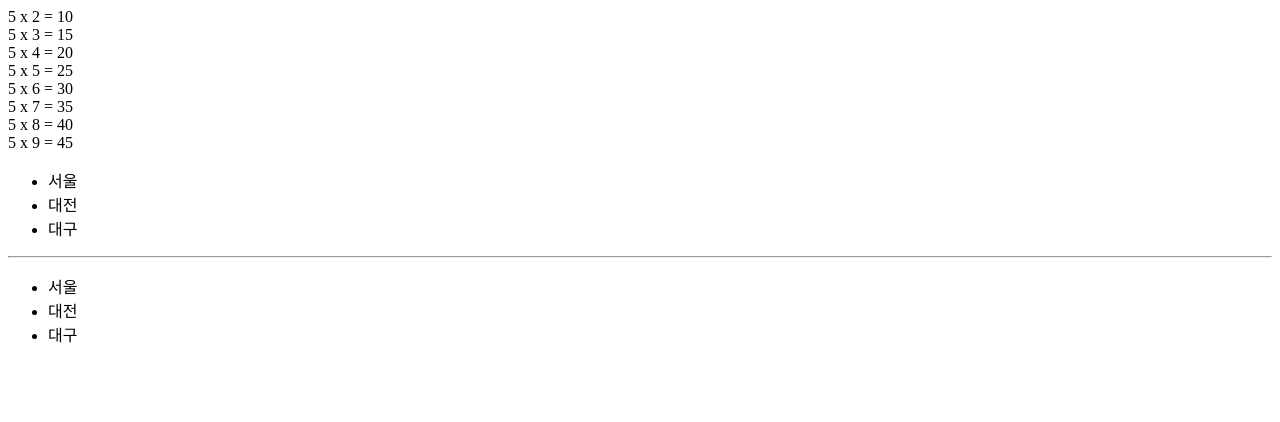
Repository: shshy81/shshy_webstudy
Page: http://localhost/Chapter_17_EL_JSTL/JSTL.jsp
The author's editor kept a copy of each file at every save. The page is drawn from the files as they stood at one save, then again after the next save.
The browser window is 1280 px wide. The pictures show the whole page.
Some web libraries are served in a nearby version. The page is served by Tomcat 9.

Above is the page before, as saved 2018-01-09 07:29:56.

### Chapter_17_EL_JSTL/WebContent/JSTL.jsp
<%@ page language="java" contentType="text/html; charset=UTF-8"
    pageEncoding="UTF-8"%>
<%@ taglib prefix="c" uri="http://java.sun.com/jsp/jstl/core" %>
<%@ taglib prefix="fmt" uri="http://java.sun.com/jsp/jstl/fmt" %>
<%
	String[] cityArr = {"서울","대전","대구"};
	pageContext.setAttribute("cityArr", cityArr);
%>
<!DOCTYPE html>
<html>
<head>
<meta http-equiv="Content-Type" content="text/html; charset=UTF-8">
<title>Insert title here</title>
<script src="https://ajax.googleapis.com/ajax/libs/jquery/3.2.1/jquery.min.js"></script>
</head>
<body>
	<c:forEach begin="2" end="9" var="i"> <!-- 이때 i는 forEach의 .scope소속이 된다 -->
		5 x ${i } = ${i*5 } <br>
	</c:forEach>

	<ul>
	<%
		for(String city : cityArr){
	%>
		<li><%=city %></li>
	<%
		}
	%>
	</ul>
	<hr>
	<ul>
		<c:forEach items="${pageScope.cityArr}" var="city">
			<li>${city }</li>
		</c:forEach>
	</ul>

</body>
</html>

After the next save:
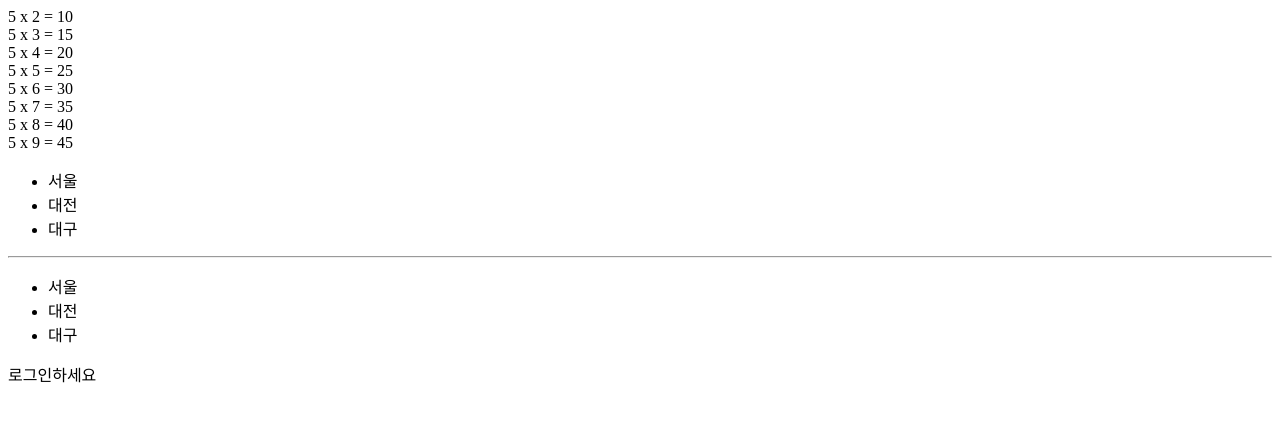
Saved 3 min 11 s later.
--- a/Chapter_17_EL_JSTL/WebContent/JSTL.jsp
+++ b/Chapter_17_EL_JSTL/WebContent/JSTL.jsp
@@ -34,5 +34,8 @@
 		</c:forEach>
 	</ul>
 
+	<c:if test="${param.user == null}">
+		로그인하세요<br>
+	</c:if>
 </body>
 </html>
